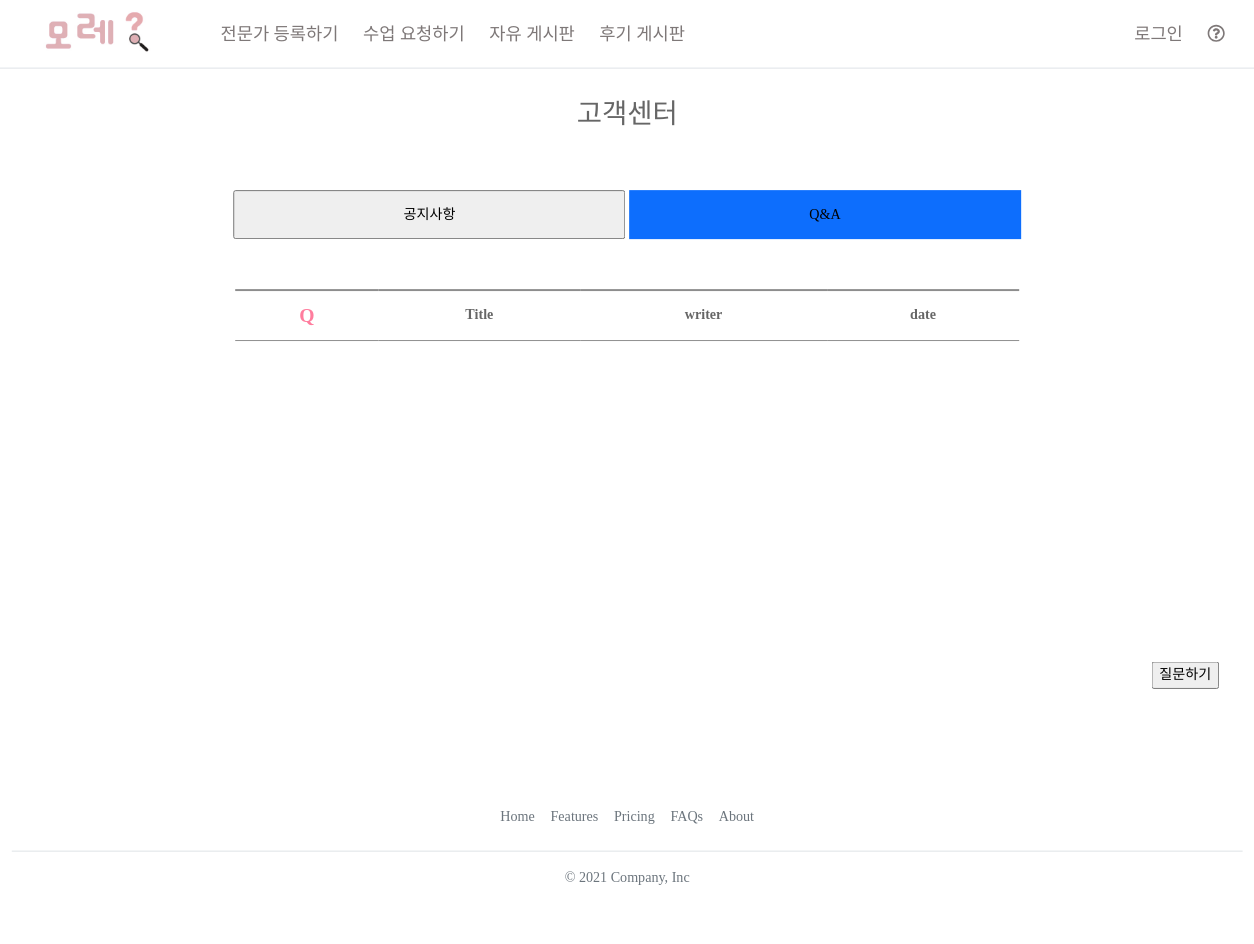
Repository: isssson/MVC2_more
Page: http://localhost/more/WEB-INF/views/center/qna.jsp
An editor plug-in stored every save of this project. The page is shown before and after the next save, followed by the edit.
The browser window is 1280 px wide. The pictures show the whole page, at 98% of full size.
Some web libraries are served in a nearby version. The page is served by Tomcat 9. Nobody is signed in. The template is opened directly, without the code that normally fills it, so the values that code supplies are empty.

Above is the page before, as saved 2021-12-13 02:12:49.

After the next save:
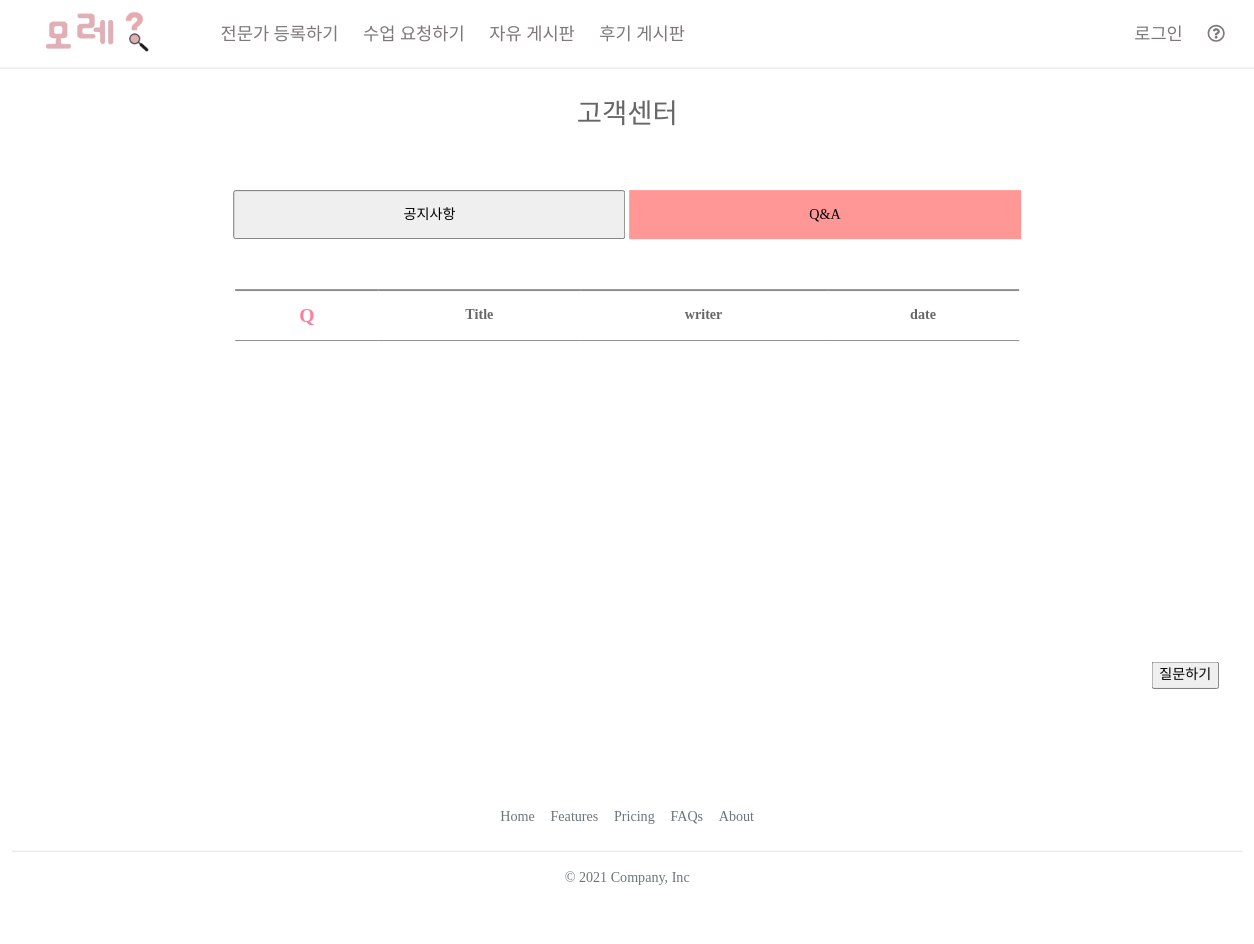
Saved 7 s later.
--- a/more/src/main/webapp/WEB-INF/views/center/qna.jsp
+++ b/more/src/main/webapp/WEB-INF/views/center/qna.jsp
@@ -71,7 +71,7 @@ span{}
     <h3 class="fw-400 text-center" style="padding: 30px;">고객센터</h3>
    <div style="text-align: center; margin: 30px;">
       <input type="button" value="공지사항" style="width: 400px; height: 50px;" onclick="location.href='noticeList.do'">
-      <input type="button" value="Q&A" style="width: 400px; height: 50px; background-color: #0d6efd; border: none;" onclick="location.href='qnaList.do'">
+      <input type="button" value="Q&A" style="width: 400px; height: 50px; background-color: #ff9797; border: none;" onclick="location.href='qnaList.do'">
    </div>
    <br>
    <div class="dataTbl1" style="height: 300px;">
